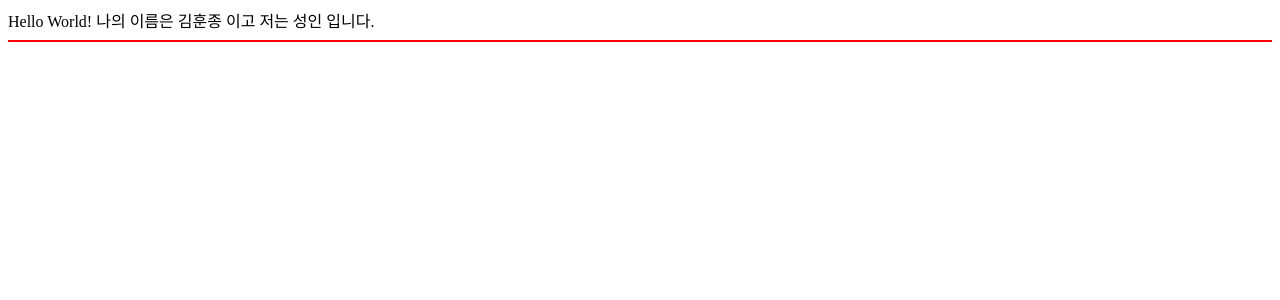
Repository: parvenuHJ/JSP_Servlet_
Page: http://localhost/JSP/Ex01HelloJSP.jsp
An editor plug-in stored every save of this project. The page is shown before and after the next save, followed by the edit.
The browser window is 1280 px wide. The pictures show the whole page.
The page is served by Tomcat 9.

Above is the page before, as saved 2023-08-16 07:29:47.

After the next save:
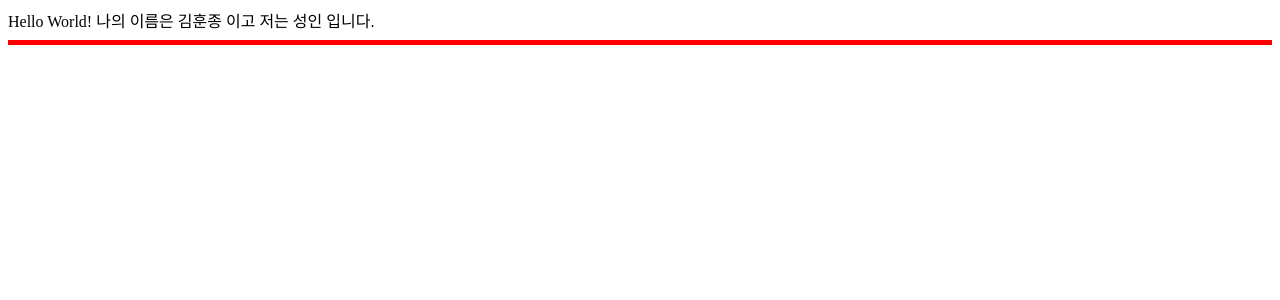
Saved 18 s later.
--- a/JSP/src/main/webapp/Ex01HelloJSP.jsp
+++ b/JSP/src/main/webapp/Ex01HelloJSP.jsp
@@ -33,7 +33,7 @@
 
 	<br>
 
-	<hr color="red">
+	<hr color="red" size='5'>
 
 
 </body>
